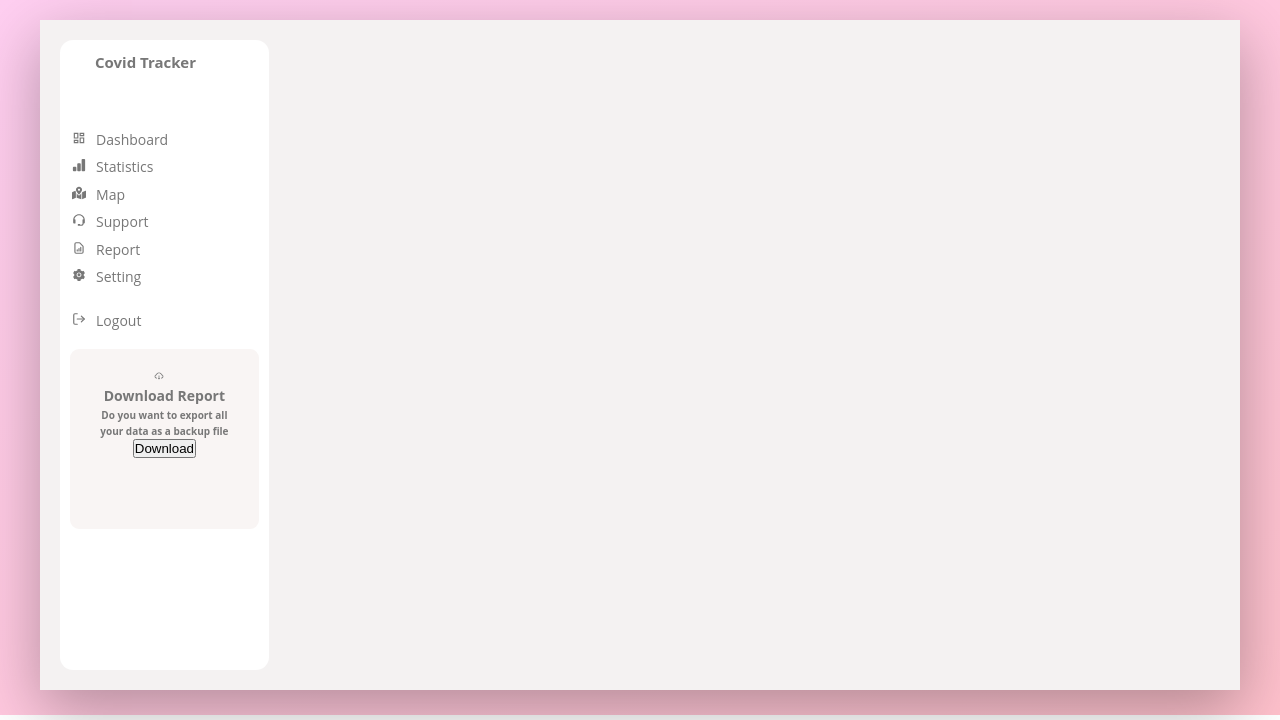
Repository: okidijimmy200/CovidAdminTracker
Page: /
An editor plug-in stored every save of this project. The page is shown before and after a run of saves, followed by the edit.
The browser window is 1280 px wide. The pictures show the whole page.
The project was rebuilt for these pictures with package versions that can differ from the ones it lists, and the page was loaded fresh each time.

Above is the page before, as saved 2022-06-16 12:56:00.

After the next 4 saves:
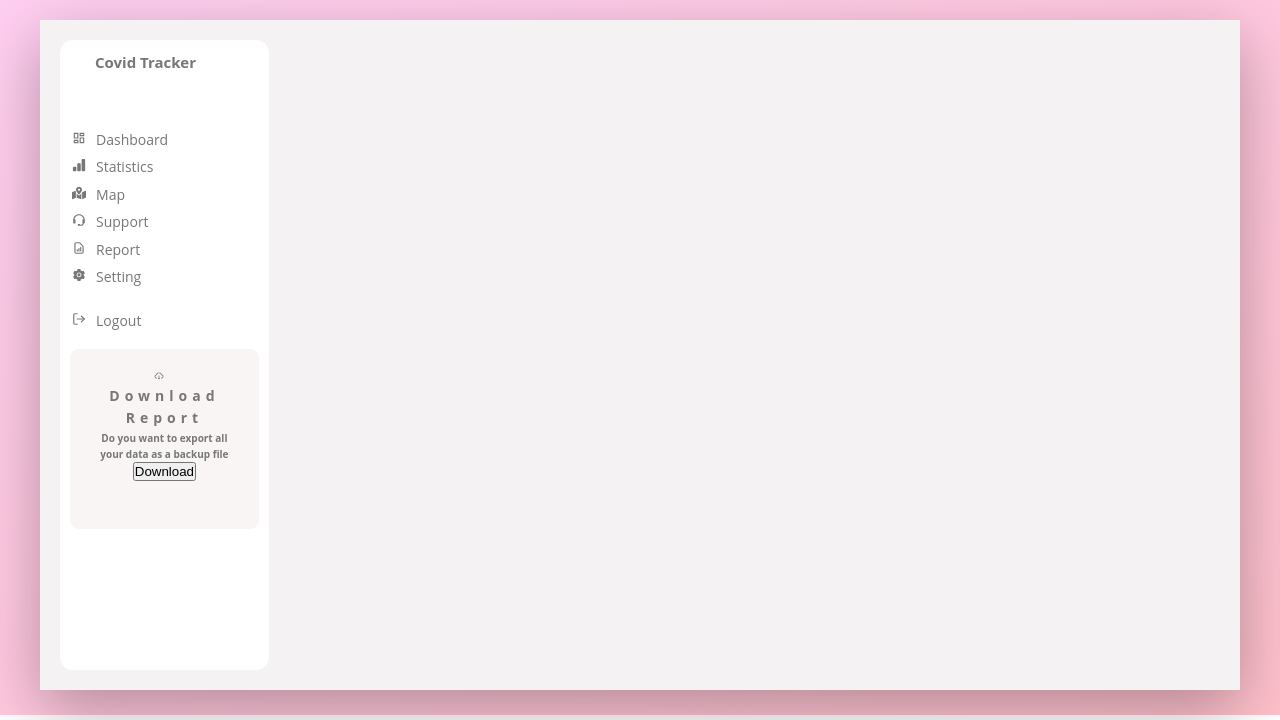
The 4 saves are shown as one change because 1 did not build or start and some came seconds apart.
The last was saved 26 s later.
--- a/src/sidebar/sidebar.scss
+++ b/src/sidebar/sidebar.scss
@@ -91,4 +91,5 @@
 .title__download {
     font-size: 1.4rem;
     font-weight: bold;
+    letter-spacing: .5rem;
 }
